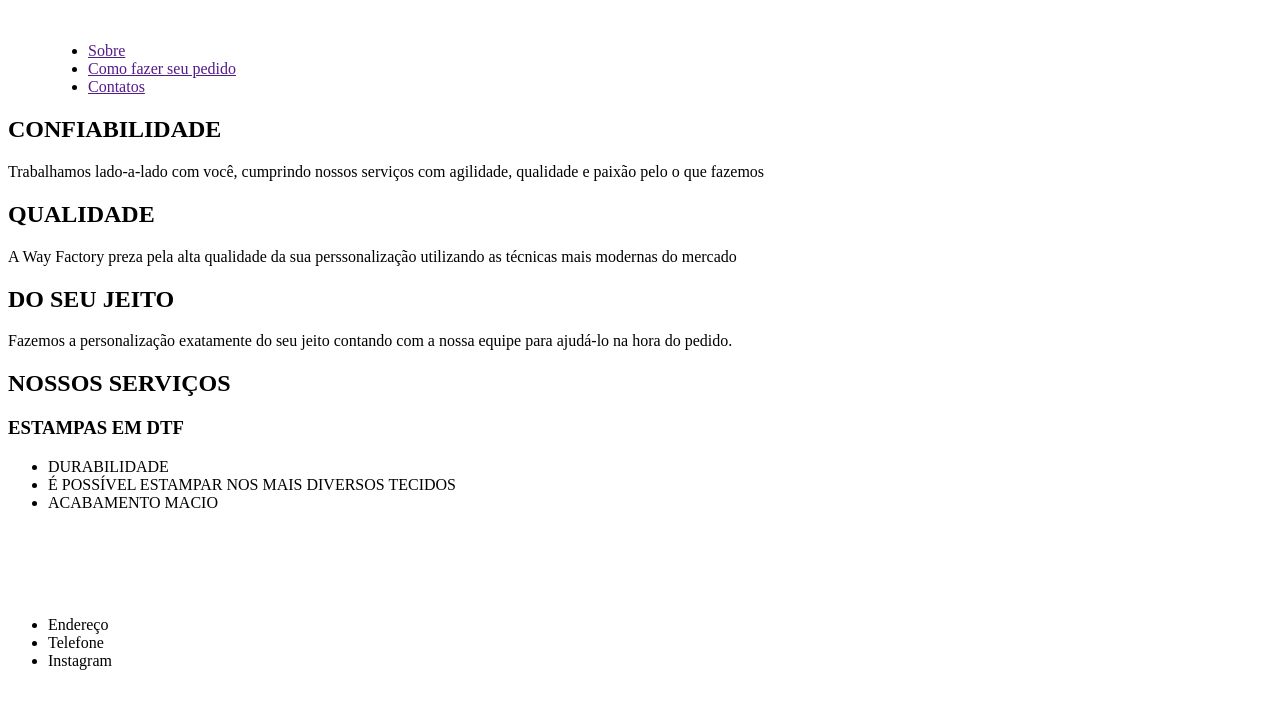
Repository: Leonngc/way-factory
Page: index.html
An editor plug-in stored every save of this project. The page is shown before and after the next save, followed by the edit.
The browser window is 1280 px wide. The pictures show the whole page.
Some icons come from a web library that is not loaded, so they are not drawn.

Above is the page before, as saved 2023-02-07 20:08:54.

### index.html
<!DOCTYPE html>
<html lang="pt-br">
  <head>
    <meta charset="UTF-8" />
    <meta http-equiv="X-UA-Compatible" content="IE=edge" />
    <meta name="viewport" content="width=device-width, initial-scale=1.0" />
    <link rel="shortcut icon" href="favicon.ico" type="image/x-icon" />
    <link
      rel="stylesheet"
      href="https://cdn-uicons.flaticon.com/uicons-bold-rounded/css/uicons-bold-rounded.css"
    />
    <title>Way Factory</title>
  </head>
  <body>
    <header>
      <img src="" alt="" id="logo" />
      <menu>
        <ul>
          <i class="fi fi-br-menu-burger" id="menu-burguer"></i>
          <li><a href="">Sobre</a></li>
          <li><a href="">Como fazer seu pedido</a></li>
          <li><a href="">Contatos</a></li>
        </ul>
      </menu>
    </header>

    <main>
      <div class="container-slogan">
        <div class="slogans">
          <h2>CONFIABILIDADE</h2>
          <p>
            Trabalhamos lado-a-lado com você, cumprindo nossos serviços com
            agilidade, qualidade e paixão pelo o que fazemos
          </p>
        </div>

        <div class="slogans">
          <h2>QUALIDADE</h2>
          <p>
            A Way Factory preza pela alta qualidade da sua perssonalização
            utilizando as técnicas mais modernas do mercado
          </p>
        </div>

        <div class="slogans">
          <h2>DO SEU JEITO</h2>
          <p>
            Fazemos a personalização exatamente do seu jeito contando com a
            nossa equipe para ajudá-lo na hora do pedido.
          </p>
        </div>
      </div>

      <section>
        <h2>NOSSOS SERVIÇOS</h2>
        <div>
            <h3>ESTAMPAS EM DTF</h3>
            <div>
                <ul>
                    <li>DURABILIDADE</li>
                    <li>É POSSÍVEL ESTAMPAR NOS MAIS DIVERSOS TECIDOS</li>
                    <li>ACABAMENTO MACIO</li>
                </ul>
            </div>
          <img src="" alt="" />

        </div>

        <div>
          <img src="" alt="" />
          <legend></legend>
        </div>

        <div>
          <img src="" alt="" />
          <legend></legend>
        </div>

        <div>
          <img src="" alt="" />
        </div>
      </section>
    </main>

    <footer>
      <ul>
        <li>Endereço</li>
        <li>Telefone</li>
        <li>Instagram</li>
      </ul>
    </footer>
  </body>
</html>

After the next save:
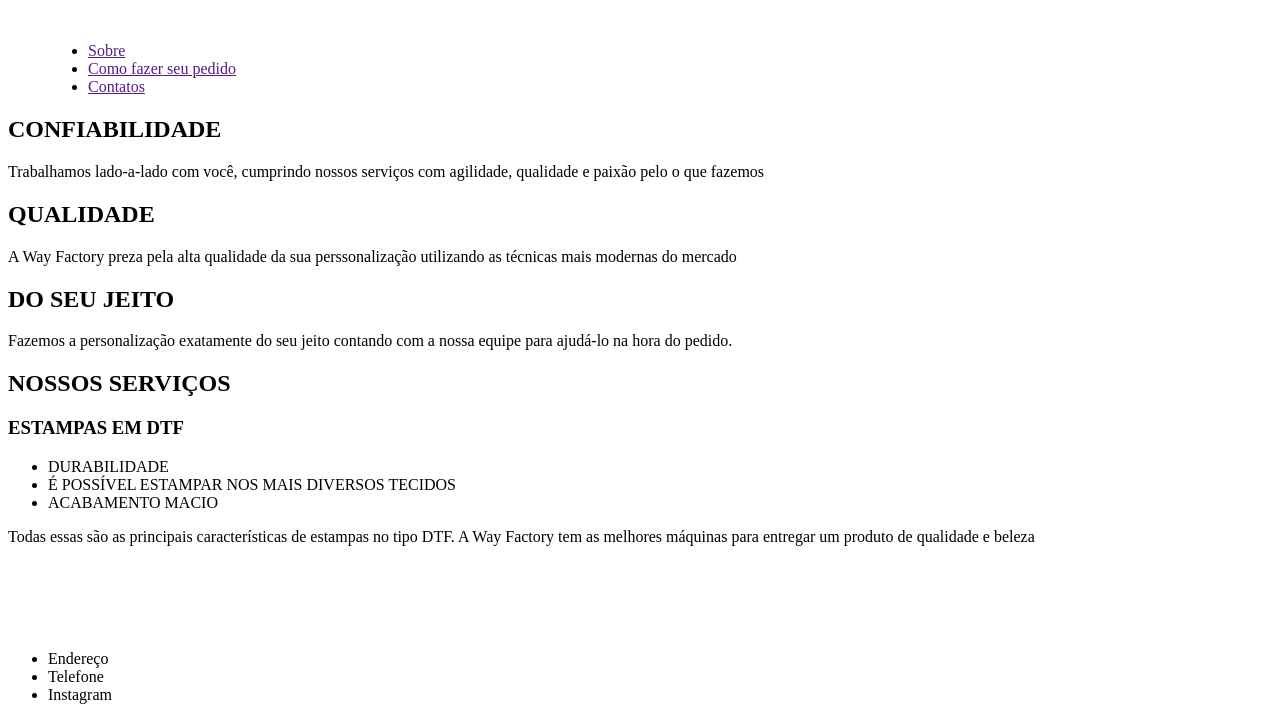
Saved 8 s later.
--- a/index.html
+++ b/index.html
@@ -61,6 +61,8 @@
                     <li>É POSSÍVEL ESTAMPAR NOS MAIS DIVERSOS TECIDOS</li>
                     <li>ACABAMENTO MACIO</li>
                 </ul>
+
+                <p> Todas essas são as principais características de estampas no tipo DTF. A Way Factory tem as melhores máquinas para entregar um produto de qualidade e beleza</p>
             </div>
           <img src="" alt="" />
 
